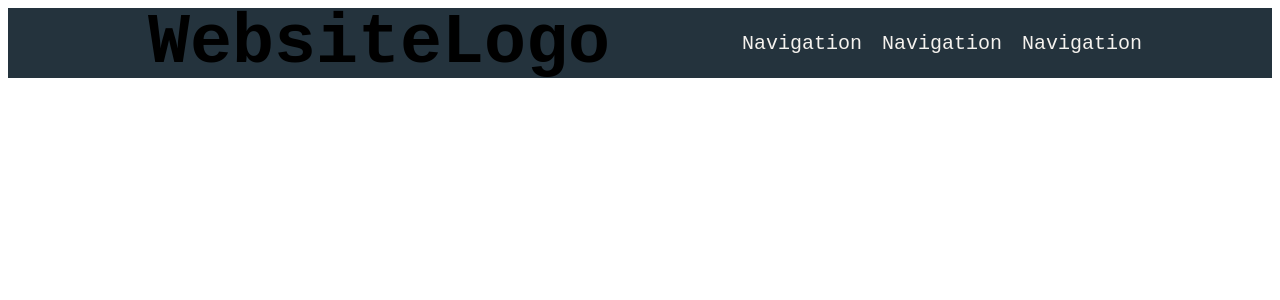
Repository: piotrokrutniak/Projekt-Studia
Page: index.html
An editor plug-in stored every save of this project. The page is shown before and after the next save, followed by the edit.
The browser window is 1280 px wide. The pictures show the whole page.

Above is the page before, as saved 2023-03-04 03:26:54.

### index.html
<!DOCTYPE html>
<head>
    <meta charset="UTF-8" />
    <meta http-equiv="X-UA-Compatible" content="IE=edge" />
    <meta name="viewport" content="width=device-width, initial-scale=1.0" />
    <link rel="stylesheet" type="text/css" href="styles.css" />
    <title>Website Title</title>
</head>
<body>
    <div class="navbar-container">
        <div class="navbar">
            <div class="logo">
                <div class="logo-contents">
                    WebsiteLogo
                </div>
            </div>
            <div class="navigation">
                <a href="/index" class="navigation-link">
                    <div class="navigation-button">
                        Navigation
                    </div>
                </a>
                <a href="/index" class="navigation-link">
                    <div class="navigation-button">
                        Navigation
                    </div>
                </a>
                <a href="/index" class="navigation-link">
                    <div class="navigation-button">
                        Navigation
                    </div>
                </a>
            </div>
        </div>
    </div>
</body>

### styles.css
body{
    font-family: monospace;
}

.navbar-container{
    width: 100%;
    height: 70px;
    background: rgb(36, 51, 61);
    position: sticky;
    top: 0;

}

.navbar{
    position: relative;
    max-width: 1024px;
    min-width: 328px;
    height: 50px;
    top: 0px;
    margin: auto;
    display: flex;
    flex-direction:row;
    justify-content: space-between;
    top: 50%;
    -ms-transform: translateY(-50%);
    transform: translateY(-50%);
    font-size: 20px;
}

a{
    text-decoration: none;
    color:rgba(245, 242, 238);
}

.navigation{
    display: grid;
    grid-template-columns: 110px 110px 110px;
    grid-gap: 30px;
    padding-right: 20px;
}

.navigation-link{
    position: relative;

}

.navigation-link:hover{

    border-bottom: 2px solid;
    border-color: aqua;

}

.navigation-button{
    text-align: center;
    position: relative;
    top: 50%;
    -ms-transform: translateY(-50%);
    transform: translateY(-50%);
}

.logo{
    position: relative;
    height: 49px;
    padding-left: 20px;
    padding-right: 20px;
    font-weight: 900;
    font-size: 70px;
}

.logo-contents{
    text-align: center;
    position: relative;
    top: 50%;
    -ms-transform: translateY(-50%);
    transform: translateY(-50%);
}

After the next save:
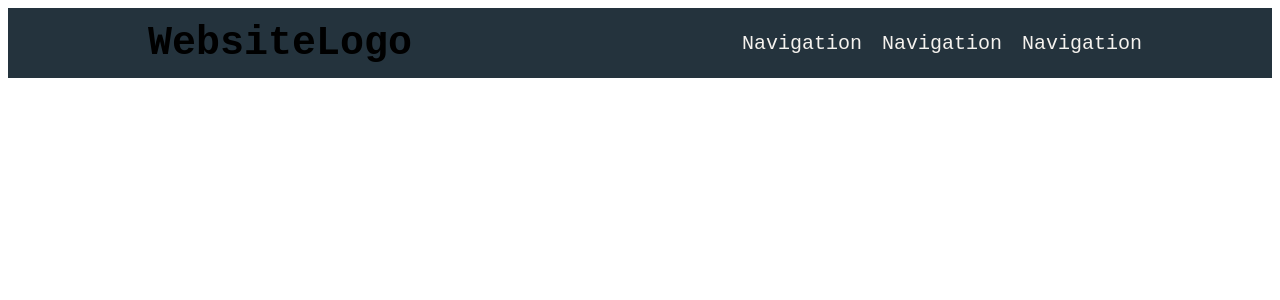
Saved 5 s later.
--- a/styles.css
+++ b/styles.css
@@ -65,7 +65,7 @@ a{
     padding-left: 20px;
     padding-right: 20px;
     font-weight: 900;
-    font-size: 70px;
+    font-size: 40px;
 }
 
 .logo-contents{
